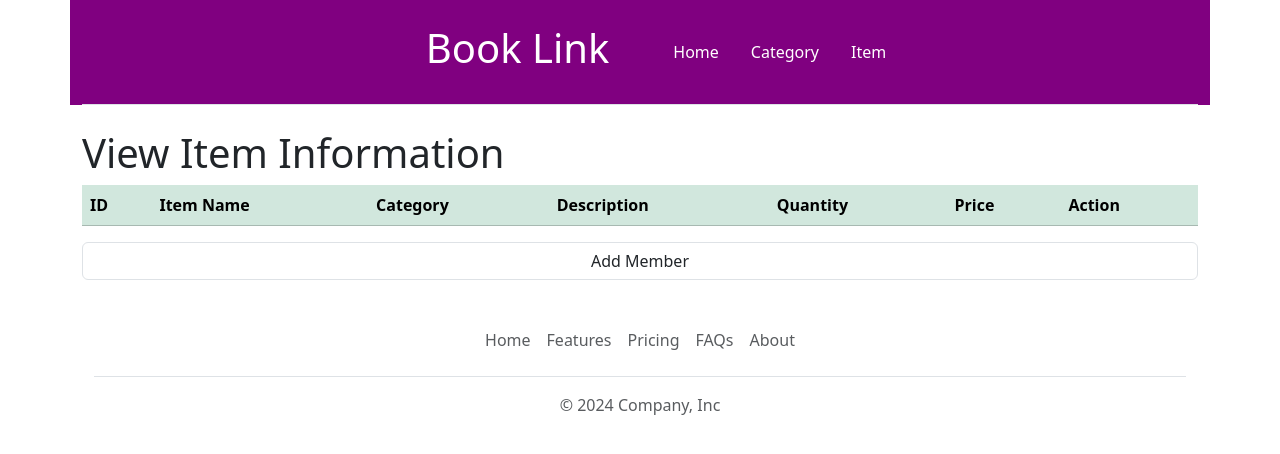
Repository: nyeinsu4520/coursera-test
Page: http://localhost/ViewMember
An editor plug-in stored every save of this project. The page is shown before and after the next save, followed by the edit.
The browser window is 1280 px wide. The pictures show the whole page.
Some web fonts or font styles are not loaded; a fallback is used. The page is this project's Thymeleaf template; nobody is signed in. The template is opened directly, without the code that normally fills it, so the values that code supplies are empty.

Above is the page before, as saved 2024-05-29 04:37:31.

After the next save:
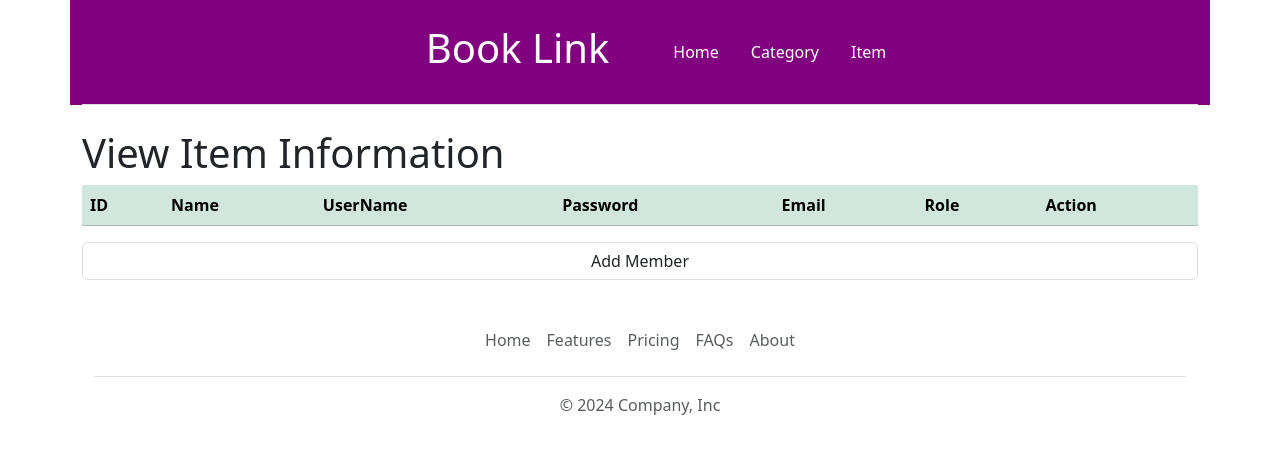
Saved 50 s later.
--- a/BookLink/src/main/resources/templates/ViewMember.html
+++ b/BookLink/src/main/resources/templates/ViewMember.html
@@ -17,11 +17,11 @@
 	<table class="table table-hover table-success">
 	<tr>
 		<th>ID</th>
-		<th>Item Name</th>
-		<th>Category</th>
-		<th>Description</th>
-		<th>Quantity</th>
-		<th>Price</th>
+		<th>Name</th>
+		<th>UserName</th>
+		<th>Password</th>
+		<th>Email</th>
+		<th>Role</th>
 		<th>Action</th>
 
 	</tr>
